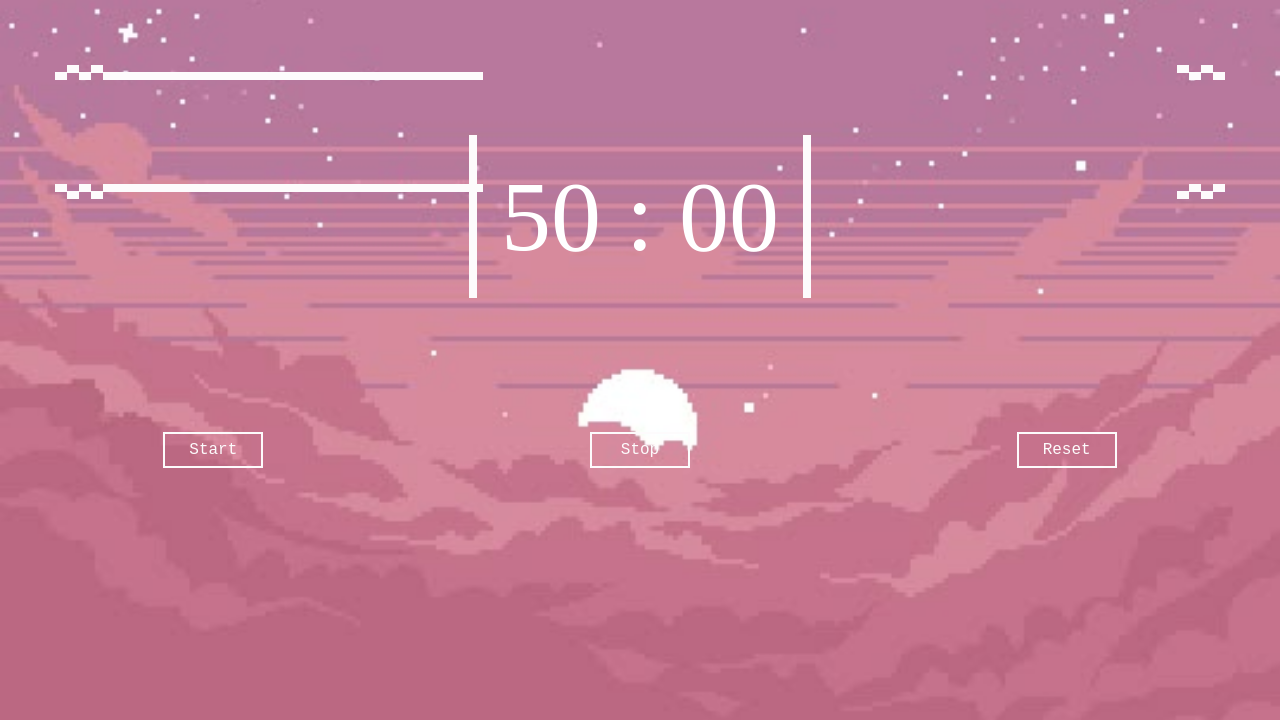
Repository: niharikapatil2306/Study-Timer
Page: index.html
These files come from the project's save history. The page is drawn as it stood at one moment and after the next save; the edit follows.
The browser window is 1280 px wide. The pictures show the whole page.
Some web fonts or font styles are not loaded; a fallback is used.

Above is the page before, as saved 2025-02-18 18:11:35.

### index.html
<!DOCTYPE html>
<html lang="en">
<head>
    <meta charset="UTF-8">
    <meta name="viewport" content="width=device-width, initial-scale=1.0">
    <title>Study Timer</title>
    <link href="https://fonts.googleapis.com/css2?family=Doto:wght@100..900&family=Pixelify+Sans:wght@400..700&display=swap" rel="stylesheet">

    <link rel="stylesheet" href="style.css" />
</head>
<body style="background-color: black;">
    <div class="container">

        <div class="timer">
            <div class="pixel">
                <div class="square1"></div>
                <div class="square13"></div>
                <div class="square2"></div>
                <div class="square14"></div>
                <div class="square3"></div>
                <div class="line1"></div>
            </div>
            <div class="pixel">
                <div class="square4"></div>
                <div class="square15"></div>
                <div class="square5"></div>
                <div class="square16"></div>
                <div class="square6"></div>
            </div>

            <div class="pixel">
                <div class="square7"></div>
                <div class="square17"></div>
                <div class="square8"></div>
                <div class="square18"></div>
                <div class="square9"></div>
                <div class="line2"></div>
            </div>
            <div class="pixel">
                <div class="square10"></div>
                <div class="square19"></div>
                <div class="square11"></div>
                <div class="square20"></div>
                <div class="square12"></div>
            </div>

            <div class="box">
                <span id="min">
                    50
                </span>
                :
                <span id="sec">
                    00
                </span>
            </div>
        </div>
        <div class="button_container">
            <button id="start">
                Start
            </button>
            <button id="stop">
                Stop
            </button>
            <button id="reset">
                Reset
            </button>
        </div>
    </div>
    <script src="./clock.js"></script>
</body>
</html>

### style.css
body {
    margin: 0;
    padding: 0;
    background: url("./img/bg.jpeg") no-repeat center center fixed;
    background-size: cover;
}

.container{
    height: 100vh;
}

.box{
    border-left: 8px solid #FDFBFC;
    border-right: 8px solid #FDFBFC;
    padding: 24px;
}

.square1{
    position: fixed;
    height: 8px;
    width: 12px;
    left: 47px;
    top: 72px;
    background-color: transparent;
}

.square2{
    position: fixed;
    height: 8px;
    width: 12px;
    left: 55px;
    top: 72px;
    background-color: #FDFBFC;
}

.square3{
    position: fixed;
    height: 8px;
    width: 12px;
    left: 79px;
    top: 72px;
    background-color: #FDFBFC;
}

.line1{
    position: fixed;
    height: 8px;
    width: 380px;
    left: 103px;
    top: 72px;
    background-color: #FDFBFC;
}

.square4{
    position: fixed;
    height: 8px;
    width: 12px;
    right: 79px;
    top: 72px;
    background-color: #FDFBFC;
}

.square5{
    position: fixed;
    height: 8px;
    width: 12px;
    right: 55px;
    top: 72px;
    background-color: #FDFBFC;
}

.square6{
    position: fixed;
    height: 8px;
    width: 12px;
    right: 47px;
    top: 72px;
    background-color: transparent;
}

.square7{
    position: fixed;
    height: 8px;
    width: 12px;
    left: 47px;
    top: 179px;
    background-color: transparent;
}

.square8{
    position: fixed;
    height: 8px;
    width: 12px;
    left: 55px;
    top: 184px;
    background-color: #FDFBFC;
}

.square9{
    position: fixed;
    height: 8px;
    width: 12px;
    left: 79px;
    top: 184px;
    background-color: #FDFBFC;
}

.line2{
    position: fixed;
    height: 8px;
    width: 380px;
    left: 103px;
    top: 184px;
    background-color: #FDFBFC;
}

.square10{
    position: fixed;
    height: 8px;
    width: 12px;
    right: 79px;
    top: 184px;
    background-color: #FDFBFC;
}

.square11{
    position: fixed;
    height: 8px;
    width: 12px;
    right: 55px;
    top: 184px;
    background-color: #FDFBFC;
}

.square12{
    position: fixed;
    height: 8px;
    width: 12px;
    right: 47px;
    top: 181px;
    background-color: transparent;
}

.square13{
    position: fixed;
    height: 8px;
    width: 12px;
    left: 67px;
    top: 65px;
    background-color: #FDFBFC;
}

.square14{
    position: fixed;
    height: 8px;
    width: 12px;
    left: 91px;
    top: 65px;
    background-color: #FDFBFC;
}

.square15{
    position: fixed;
    height: 8px;
    width: 12px;
    right: 67px;
    top: 65px;
    background-color: #FDFBFC;
}

.square16{
    position: fixed;
    height: 8px;
    width: 12px;
    right: 91px;
    top: 65px;
    background-color: #FDFBFC;
}

.square17{
    position: fixed;
    height: 8px;
    width: 12px;
    right: 91px;
    top: 191px;
    background-color: #FDFBFC;
}

.square18{
    position: fixed;
    height: 8px;
    width: 12px;
    right: 67px;
    top: 191px;
    background-color: #FDFBFC;
}

.square19{
    position: fixed;
    height: 8px;
    width: 12px;
    left: 67px;
    top: 191px;
    background-color: #FDFBFC;
}

.square20{
    position: fixed;
    height: 8px;
    width: 12px;
    left: 91px;
    top: 191px;
    background-color: #FDFBFC;
}

.timer{
    font-family: "Doto", serif;
    height: 60vh;
    font-size: 100px;
    color: white;
    display: flex;
    align-items: center;
    justify-content: center;
    font-weight: 500;
    font-variation-settings: "ROND" 0;
}

.button_container{
    display: flex;
    align-items: center;
    justify-content: space-around;
}

button{
    font-family: 'Press Start 2P', monospace;
    border: 2px solid #FDFBFC;
    height: 36px;
    width: 100px;
    background-color: transparent;
    font-size: 16px;
    color: #FDFBFC;
}

/* .start{

} */

### clock.js
let timer;
let timeLeft = 50*60 // 50 minutes
const min = document.getElementById("min");
const sec = document.getElementById("sec");
const startBtn = document.getElementById("start");
const resetBtn = document.getElementById("reset");
const stopBtn = document.getElementById("stop");

function updateDisplay(){
    let minutes = Math.floor(timeLeft/60);
    let seconds = timeLeft%60;
    min.textContent = minutes.toString().padStart(2, "0");
    sec.textContent = seconds.toString().padStart(2, "0");
}

startBtn.addEventListener("click", () => {
    if(!timer){
        timer = setInterval(() => {
            if(timeLeft>0){
                timeLeft--;
                updateDisplay();
            }
            else{
                clearInterval(timer);
                timer = null;
                alert("Take a break!!")
            }
        }, 1000);
    }
});

resetBtn.addEventListener("click", () => {
    clearInterval(timer);
    timer = null;
    timeLeft = 50*60;
    updateDisplay();
});

stopBtn.addEventListener("click", () =>{
    clearInterval(timer);
    timer = null;
})

After the next save:
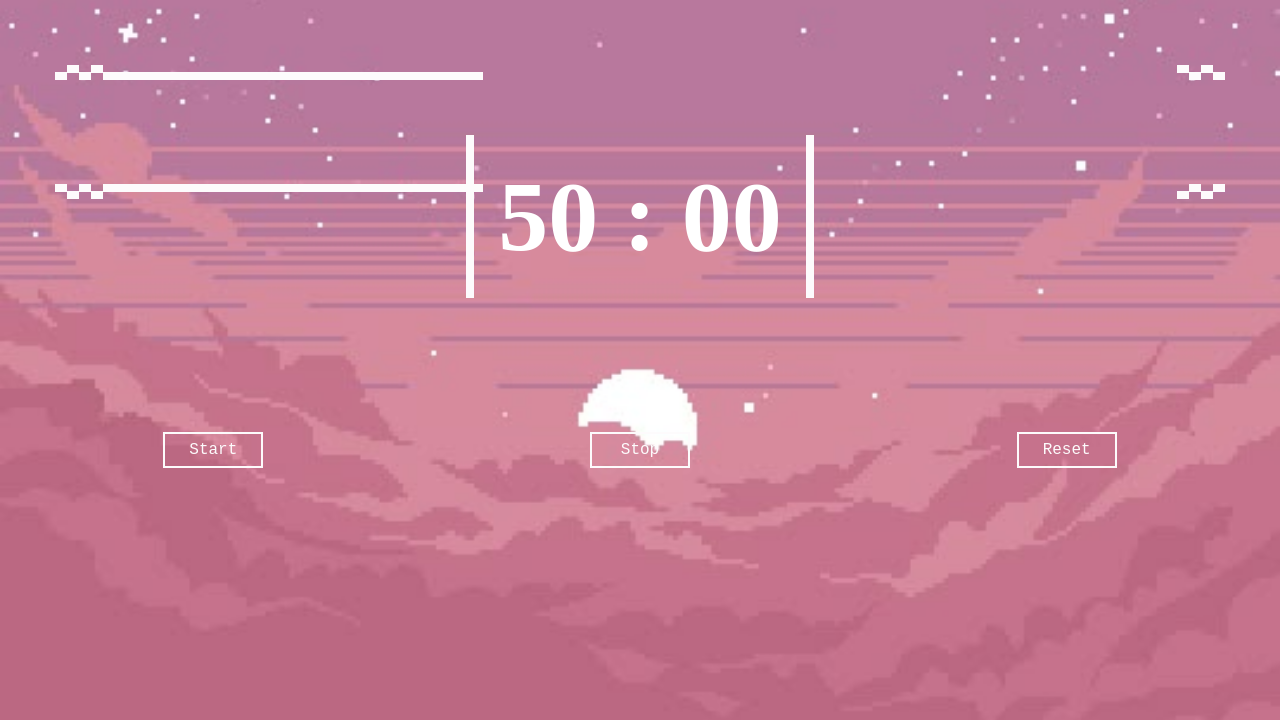
Saved 11 s later.
--- a/style.css
+++ b/style.css
@@ -221,7 +221,7 @@ body {
     display: flex;
     align-items: center;
     justify-content: center;
-    font-weight: 500;
+    font-weight: 900;
     font-variation-settings: "ROND" 0;
 }
 
